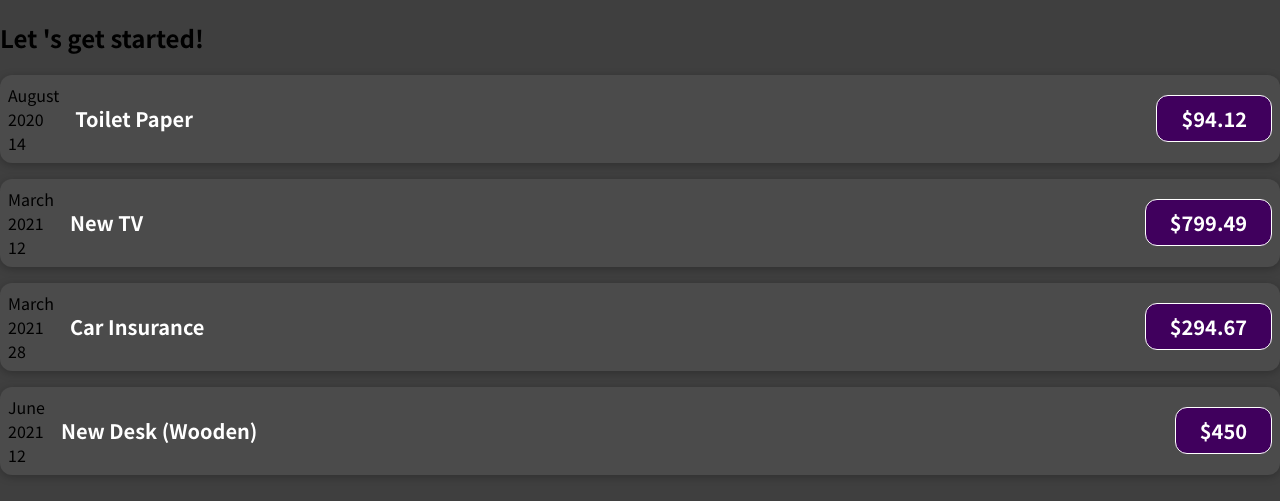
Repository: prathmeshgodbole/react-complete
Page: /
An editor plug-in stored every save of this project. The page is shown before and after the next save, followed by the edit.
The browser window is 1280 px wide. The pictures show the whole page.
The project was rebuilt for these pictures with package versions that can differ from the ones it lists, and the page was loaded fresh each time.

Above is the page before, as saved 2021-07-01 20:36:37.

After the next save:
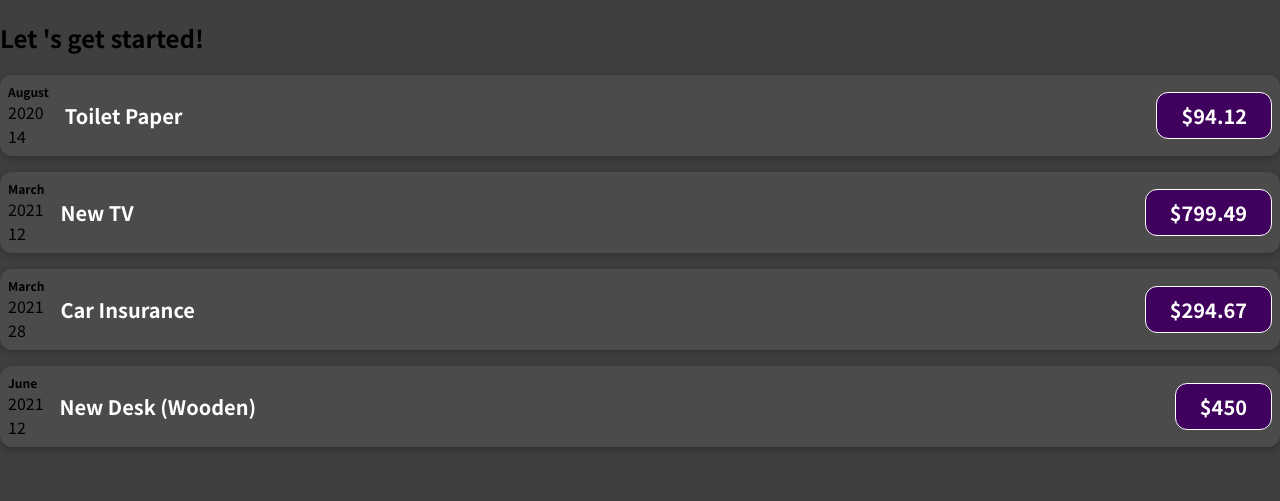
Saved 4 s later.
--- a/src/components/ExpenseDate.js
+++ b/src/components/ExpenseDate.js
@@ -6,7 +6,7 @@ function ExpenseDate(props) {
 
   return (
     <div>
-      <div className=".expense-date__month">{month}</div>
+      <div className="expense-date__month">{month}</div>
       <div>{year}</div>
       <div>{day}</div>
     </div>
